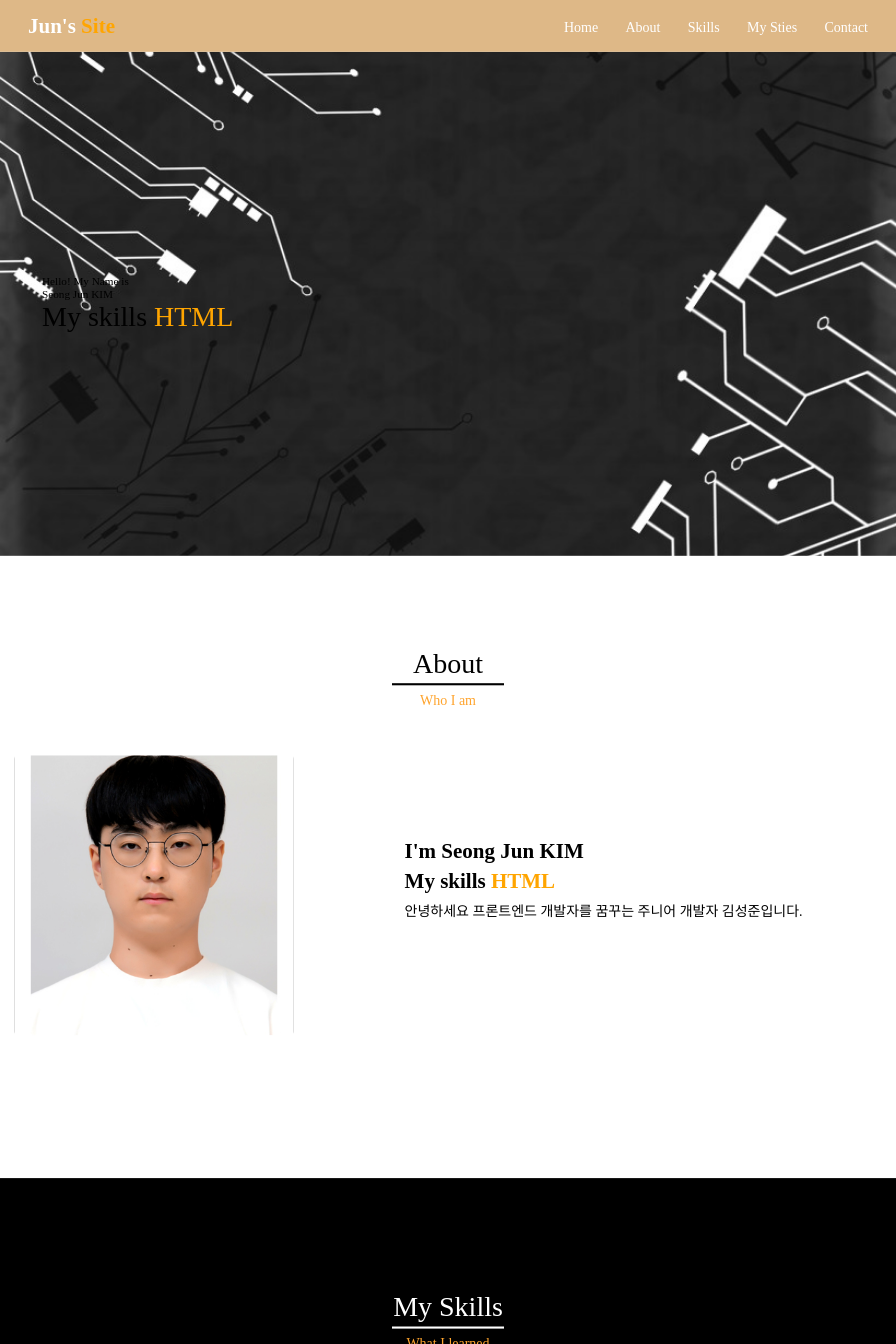
Repository: jun01270/jun
Page: index.html
An editor plug-in stored every save of this project. The page is shown before and after the next save, followed by the edit.
The browser window is 1280 px wide. The pictures show the part of the page from y = 0 to 1920 px (the page is 3823 px tall), at 70% of full size.
Some web libraries are served in a nearby version.

Above is the page before, as saved 2023-05-11 17:47:12.

After the next save:
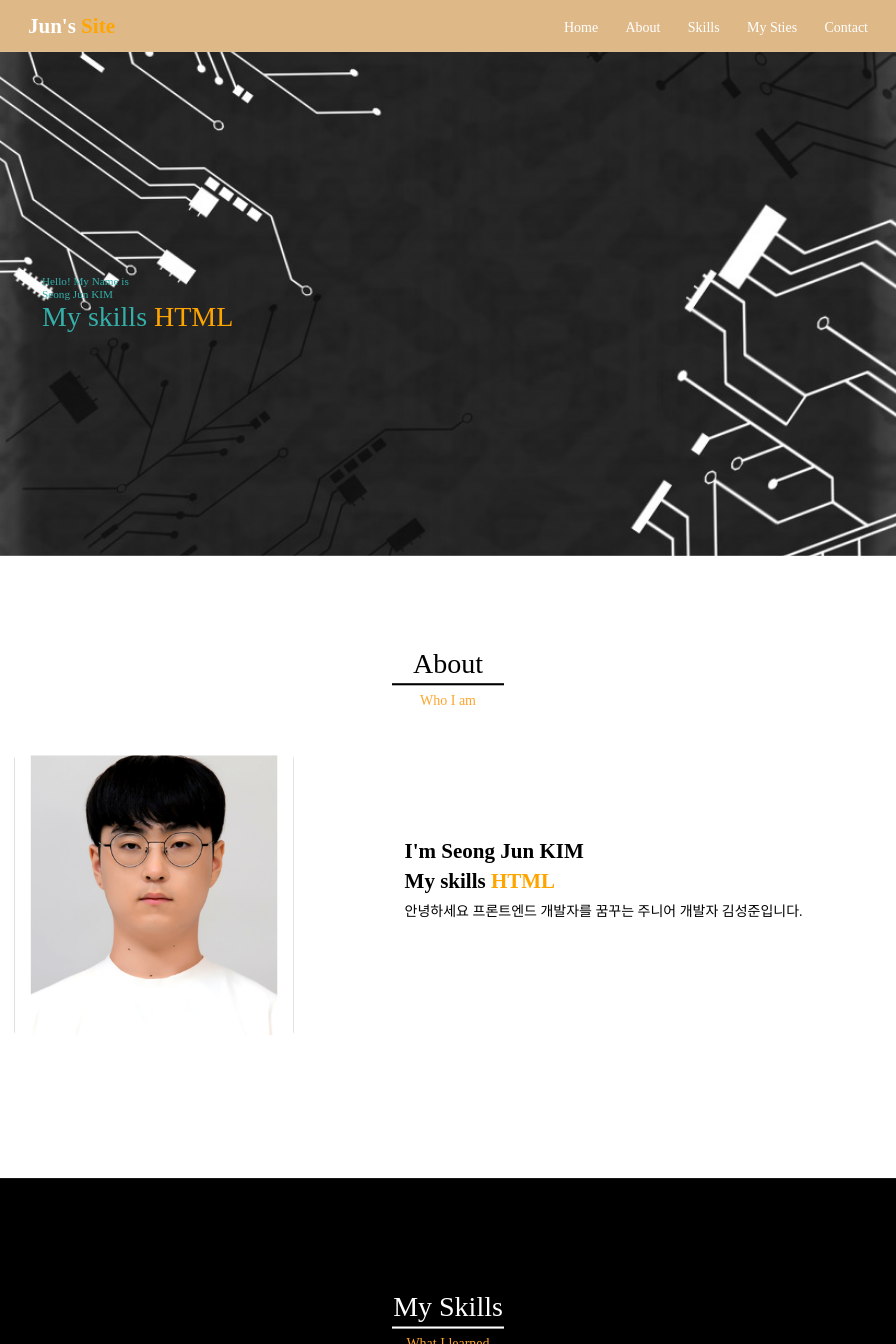
Saved 26 s later.
--- a/css/home.css
+++ b/css/home.css
@@ -2,7 +2,7 @@
   display: flex;
   height: 100vh;
   min-height: 500px;
-  color: black;
+  color: rgb(52, 175, 169);
   background: url("../img/back.jpg") no-repeat center;
   background-size: cover;
 }
